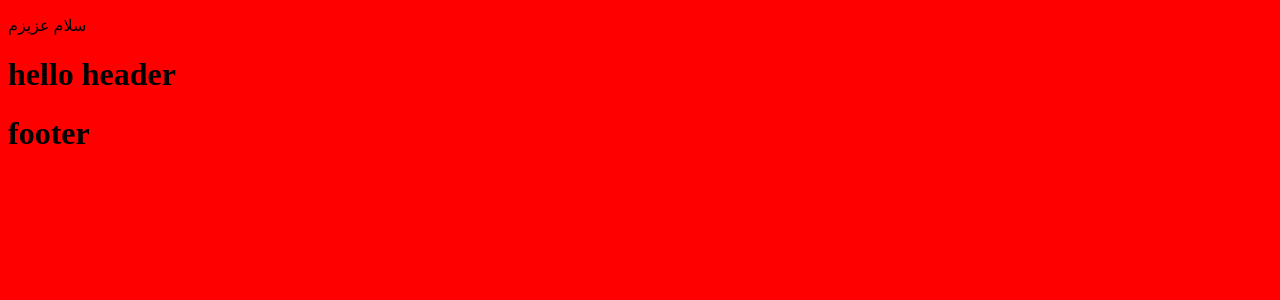
Repository: Rohullah-Noori/shop
Page: index.html
An editor plug-in stored every save of this project. The page is shown before and after the next save, followed by the edit.
The browser window is 1280 px wide. The pictures show the whole page.

Above is the page before, as saved 2025-03-05 16:36:12.

### index.html
<!DOCTYPE html>
<html lang="en">
  <head>
    <meta charset="UTF-8" />
    <meta name="viewport" content="width=device-width, initial-scale=1.0" />
    <title>Document</title>
    <style>
      body {
        background-color: red;
      }
    </style>
  </head>
  <body>
    <p>سلام عزیزم</p>
    <h1>hello header</h1>
  </body>
  <footer>
    <h1>footer</h1>
  </footer>
</html>

After the next save:
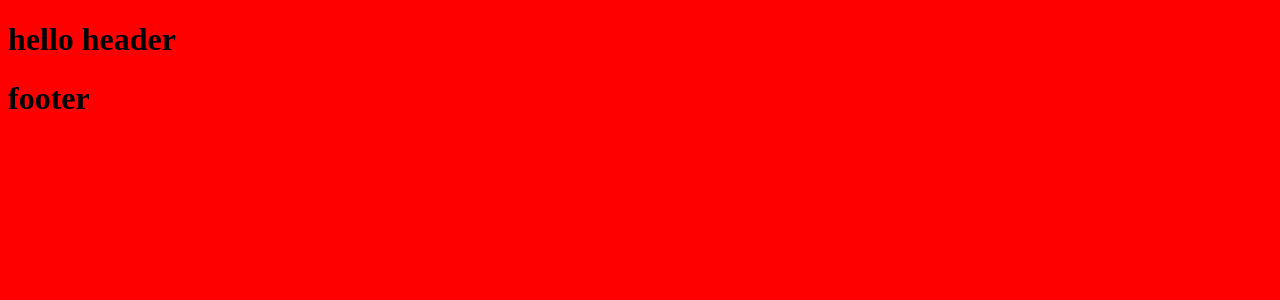
Saved 36 min 59 s later.
--- a/index.html
+++ b/index.html
@@ -11,7 +11,6 @@
     </style>
   </head>
   <body>
-    <p>سلام عزیزم</p>
     <h1>hello header</h1>
   </body>
   <footer>
